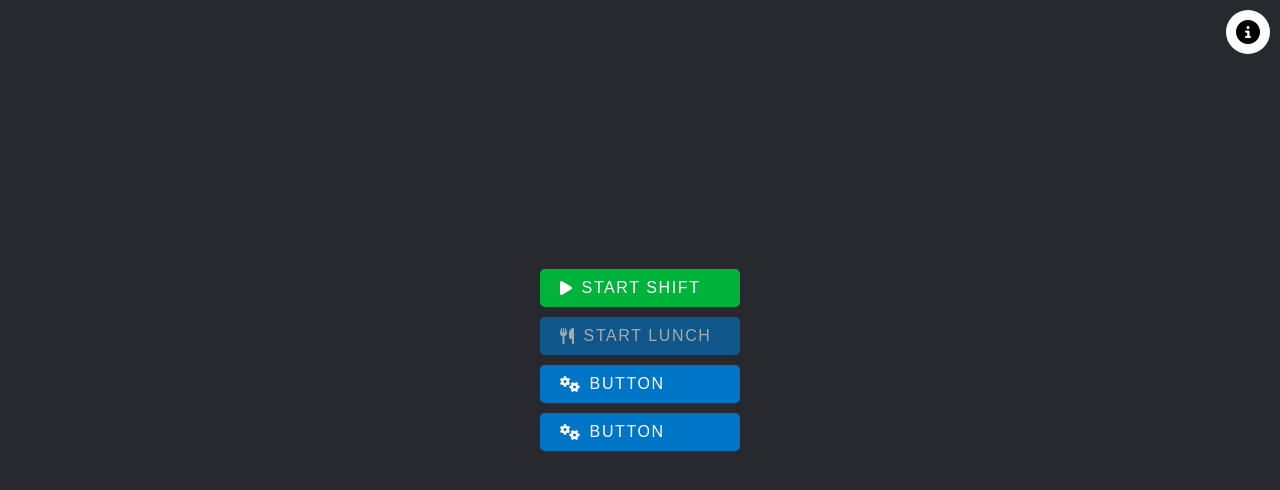
Repository: Philip-Rogers/button-state
Page: experiment.html
An editor plug-in stored every save of this project. The page is shown before and after a run of saves, followed by the edit.
The browser window is 1280 px wide. The pictures show the whole page.

Above is the page before, as saved 2024-08-14 18:22:52.

### experiment.html
<!DOCTYPE html>
<html lang="en">

<head>
    <meta charset="UTF-8">
    <meta name="viewport" content="width=device-width, initial-scale=1.0">
    <title>Shift and Lunch Toggle Buttons</title>
    <link rel="stylesheet" href="index.css">
    <link rel="stylesheet" href="https://cdnjs.cloudflare.com/ajax/libs/font-awesome/6.5.1/css/all.min.css"
        integrity="sha512-DTOQO9RWCH3ppGqcWaEA1BIZOC6xxalwEsw9c2QQeAIftl+Vegovlnee1c9QX4TctnWMn13TZye+giMm8e2LwA=="
        crossorigin="anonymous" referrerpolicy="no-referrer" />
    <style>
        /* Modal styles */
        .modal {
            display: none;
            /* Hidden by default */
            position: fixed;
            z-index: 1;
            left: 50%;
            top: 50%;
            transform: translate(-50%, -50%);
            width: 60%;
            background-color: rgba(0, 0, 0, 0.4);
            /* Black w/ opacity */
            padding: 20px;
        }

        .modal-content {
            background-color: #fefefe;
            margin: auto;
            padding: 20px;
            border: 1px solid #888;
        }

        .close {
            color: #aaa;
            float: right;
            font-size: 28px;
            font-weight: bold;
        }

        .close:hover,
        .close:focus {
            color: black;
            text-decoration: none;
            cursor: pointer;
        }

        /* Info icon styling */
        #infoIcon {
            font-size: 24px;
            cursor: pointer;
            background-color: hsl(354, 70%, 100%);
            padding: 10px;
            border-radius: 50%;
        }
    </style>
</head>

<body>

    <!-- Info Icon to trigger modal -->
    <div style="position: fixed; top: 10px; right: 10px;">
        <i class="fa fa-info-circle" id="infoIcon"></i>
    </div>

    <!-- Modal -->
    <div id="infoModal" class="modal">
        <div class="modal-content">
            <span class="close">&times;</span>
            <h2>Button Information</h2>
            <p><strong>Start Shift:</strong> Lorem ipsum dolor sit amet, consectetur adipiscing elit. Sed do eiusmod
                tempor incididunt ut labore et dolore magna aliqua.</p>
            <p><strong>Start Lunch:</strong> Lorem ipsum dolor sit amet, consectetur adipiscing elit. Sed do eiusmod
                tempor incididunt ut labore et dolore magna aliqua.</p>
            <p><strong>Button 1:</strong> Lorem ipsum dolor sit amet, consectetur adipiscing elit. Sed do eiusmod tempor
                incididunt ut labore et dolore magna aliqua.</p>
            <p><strong>Button 2:</strong> Lorem ipsum dolor sit amet, consectetur adipiscing elit. Sed do eiusmod tempor
                incididunt ut labore et dolore magna aliqua.</p>
        </div>
    </div>

    <!-- Container to hold all buttons -->
    <div class="button-container">
        <!-- Shift Button -->
        <button id="shiftButton" class="toggle-button" onclick="toggleShift()">
            <i class="fa fa-play"></i> Start Shift
        </button>

        <!-- Lunch Button -->
        <button id="lunchButton" class="toggle-button" onclick="toggleLunch()" disabled>
            <i class="fa fa-utensils"></i> Start Lunch
        </button>

        <!-- Placeholder Button 1 -->
        <button id="placeholderButton1" class="toggle-button">
            <i class="fa fa-cogs"></i> Button
        </button>

        <!-- Placeholder Button 2 -->
        <button id="placeholderButton2" class="toggle-button">
            <i class="fa fa-cogs"></i> Button
        </button>
    </div>

    <script>
        // Modal script
        var modal = document.getElementById("infoModal");
        var btn = document.getElementById("infoIcon");
        var span = document.getElementsByClassName("close")[0];

        // When the user clicks on the icon, open the modal
        btn.onclick = function () {
            modal.style.display = "block";
        }

        // When the user clicks on <span> (x), close the modal
        span.onclick = function () {
            modal.style.display = "none";
        }

        // When the user clicks anywhere outside of the modal, close it
        window.onclick = function (event) {
            if (event.target == modal) {
                modal.style.display = "none";
            }
        }

        let shiftState = 'start'; // Tracks the state of the Shift button
        let lunchState = 'start'; // Tracks the state of the Lunch button

        // Function to toggle the Shift button text and color
        function toggleShift() {
            const shiftButton = document.getElementById('shiftButton');
            const lunchButton = document.getElementById('lunchButton');

            if (shiftState === 'start') {
                shiftButton.innerHTML = '<i class="fa fa-stop"></i> Stop Shift';
                shiftButton.style.backgroundColor = 'hsl(354, 70%, 54%)'; // Red for Stop Shift
                shiftState = 'stop';
                lunchButton.disabled = false; // Enable the Lunch button when Shift is started
                lunchButton.style.backgroundColor = 'hsl(140, 100%, 35%)'; // Change background color to green
            } else {
                // Revert all buttons to their default state
                shiftButton.innerHTML = '<i class="fa fa-play"></i> Start Shift';
                shiftButton.style.backgroundColor = 'hsl(140, 100%, 35%)'; // Green for Start Shift
                shiftState = 'start';
                lunchButton.disabled = true; // Disable the Lunch button when Shift is stopped
                lunchButton.innerHTML = '<i class="fa fa-utensils"></i> Start Lunch'; // Reset Lunch button text
                lunchButton.style.backgroundColor = 'hsl(205, 100%, 39%)'; // Reset Lunch button color
                lunchState = 'start'; // Reset Lunch button state
            }
        }

        // Function to toggle the Lunch button text and color
        function toggleLunch() {
            const shiftButton = document.getElementById('shiftButton');
            const lunchButton = document.getElementById('lunchButton');

            if (lunchState === 'start') {
                lunchButton.innerHTML = '<i class="fa fa-stop"></i> Stop Lunch';
                lunchButton.style.backgroundColor = 'hsl(354, 70%, 54%)'; // Red for Stop Lunch

                if (shiftState === 'stop') {
                    shiftButton.style.backgroundColor =
                    'hsl(354, 70%, 44%)'; // Darkened red for Stop Shift when disabled
                    shiftButton.disabled = true; // Disable the Stop Shift button
                }

                lunchState = 'stop';
            } else {
                lunchButton.innerHTML = '<i class="fa fa-utensils"></i> Start Lunch';
                lunchButton.style.backgroundColor = 'hsl(205, 100%, 39%)'; // Blue background for Stop Lunch
                lunchButton.disabled = true; // Disable the Stop Lunch button

                if (shiftState === 'stop') {
                    shiftButton.style.backgroundColor = 'hsl(354, 70%, 54%)'; // Restore the red color for Stop Shift
                    shiftButton.disabled = false; // Re-enable the Stop Shift button
                }

                lunchState = 'start';
            }
        }
    </script>

</body>

</html>

### index.css
body {
    background-color: hsl(225, 9%, 17%);
    margin: auto;
    display: flex;
    justify-content: center;
    align-items: center;
    height: 100vh;
    margin: 0;
}

button {
    font-size: 1.25em;
    display: block;
    border-radius: 5px;
    /* background-color: hsl(205, 100%, 39%); */
    background-color: hsl(140, 100%, 35%);
    /* Green for Start Shift */
    color: hsl(354, 70%, 100%);
    padding: 1em 1.25em;
    width: 300px;
    cursor: pointer;
    border: none;
    text-transform: uppercase;
    letter-spacing: 0.1em;
    transition: all .2s ease-in-out;
    /* -webkit-box-reflect: below 10px linear-gradient(transparent, transparent, #0004); */
}


#shiftButton i {
    margin-right: 8px;
}

#shiftButton.stopShift {
    background-color: hsl(354, 70%, 54%);
    /* Red for Stop Shift */
}






/* Container for the buttons to ensure they stack vertically */
.button-container {
    display: flex;
    flex-direction: column;
    align-items: flex-start;
    /* Align buttons to the start of the container */
    gap: 10px;
    /* Space between the buttons */
}

/* Style for the toggle buttons */
.toggle-button {
    color: hsl(354, 70%, 100%);
    background-color: hsl(140, 100%, 35%);
    /* Default green for Start Shift */
    border: none;
    padding: 10px 20px;
    font-size: 16px;
    cursor: pointer;
    display: flex;
    align-items: center;
    width: 200px;
    /* Fixed width for consistency */
}

#lunchButton,
#placeholderButton1,
#placeholderButton2 {
    background-color: hsl(205, 100%, 39%);
    /* Default blue color for Start Lunch and Placeholder buttons */
}

.toggle-button i {
    margin-right: 8px;
}

.toggle-button:disabled {
    cursor: not-allowed;
    opacity: 0.6;
}

After the next 2 saves:
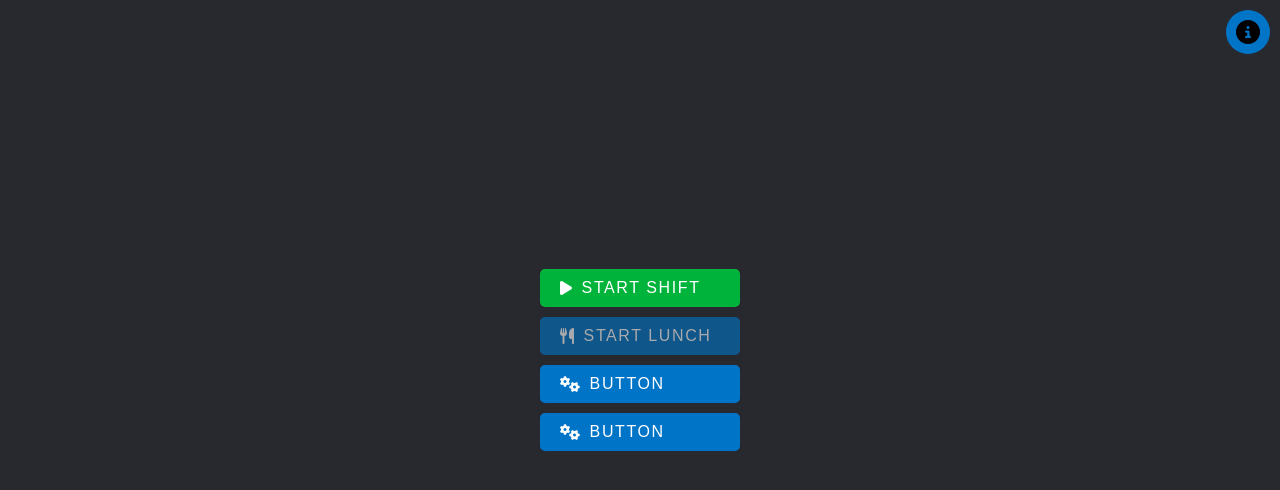
The 2 saves are shown as one change because they came seconds apart.
The last was saved 55 s later.
--- a/experiment.html
+++ b/experiment.html
@@ -50,7 +50,7 @@
         #infoIcon {
             font-size: 24px;
             cursor: pointer;
-            background-color: hsl(354, 70%, 100%);
+            background-color: hsl(205, 100%, 39%);
             padding: 10px;
             border-radius: 50%;
         }
@@ -163,7 +163,7 @@
 
                 if (shiftState === 'stop') {
                     shiftButton.style.backgroundColor =
-                    'hsl(354, 70%, 44%)'; // Darkened red for Stop Shift when disabled
+                        'hsl(354, 70%, 44%)'; // Darkened red for Stop Shift when disabled
                     shiftButton.disabled = true; // Disable the Stop Shift button
                 }
 
